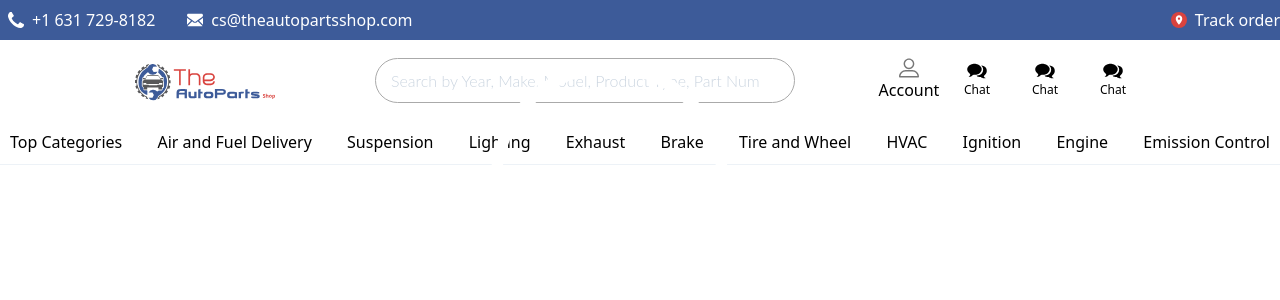
Repository: robindhimanspineor/TAPS-Next
Page: /
An editor plug-in stored every save of this project. The page is shown before and after a run of saves, followed by the edit.
The browser window is 1280 px wide. The pictures show the whole page.
The project was rebuilt for these pictures with package versions that can differ from the ones it lists, and the page was loaded fresh each time. The framework's server and built-in components were replaced by stand-ins that run in the browser. Also part of the build but not shown: next.config.js.

Above is the page before, as saved 2021-09-16 18:01:50.

After the next 2 saves:
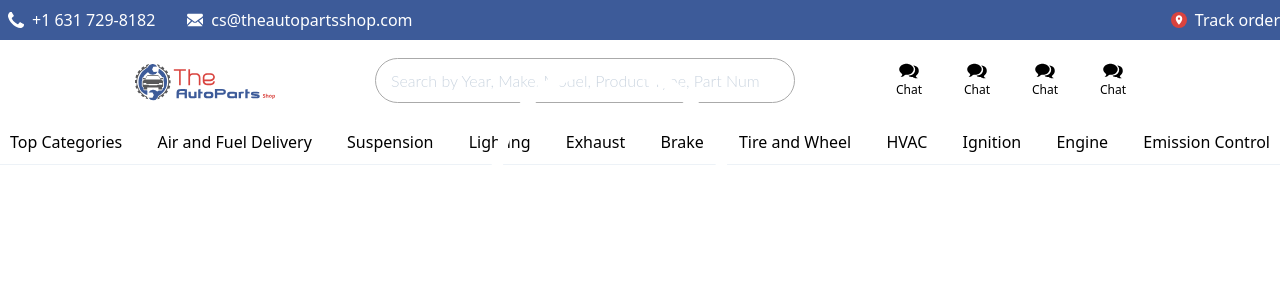
The 2 saves are shown as one change because 1 did not build or start.
The last was saved 68 s later.
--- a/src/components/common/header/navigation/Login/index.tsx
+++ b/src/components/common/header/navigation/Login/index.tsx
@@ -1,13 +1,15 @@
 import UserSvg from '../../../../../svg/UserSvg.js';
+import CommentsSvg from '../../../../../svg/CommentsSvg.js';
+import React from 'react';
 
 const Login = () => {
   return (
     <li className=".account">
-      <div className="wrap" role="presentation" id="account_login">
-        <span className={'nav-icon'}>
-          <UserSvg />
+      <div className="wrap">
+        <span className="nav-icon">
+          <CommentsSvg />
         </span>
-        <span className="meta">Account</span>
+        <span className="icon_label">Chat</span>
       </div>
     </li>
   );
